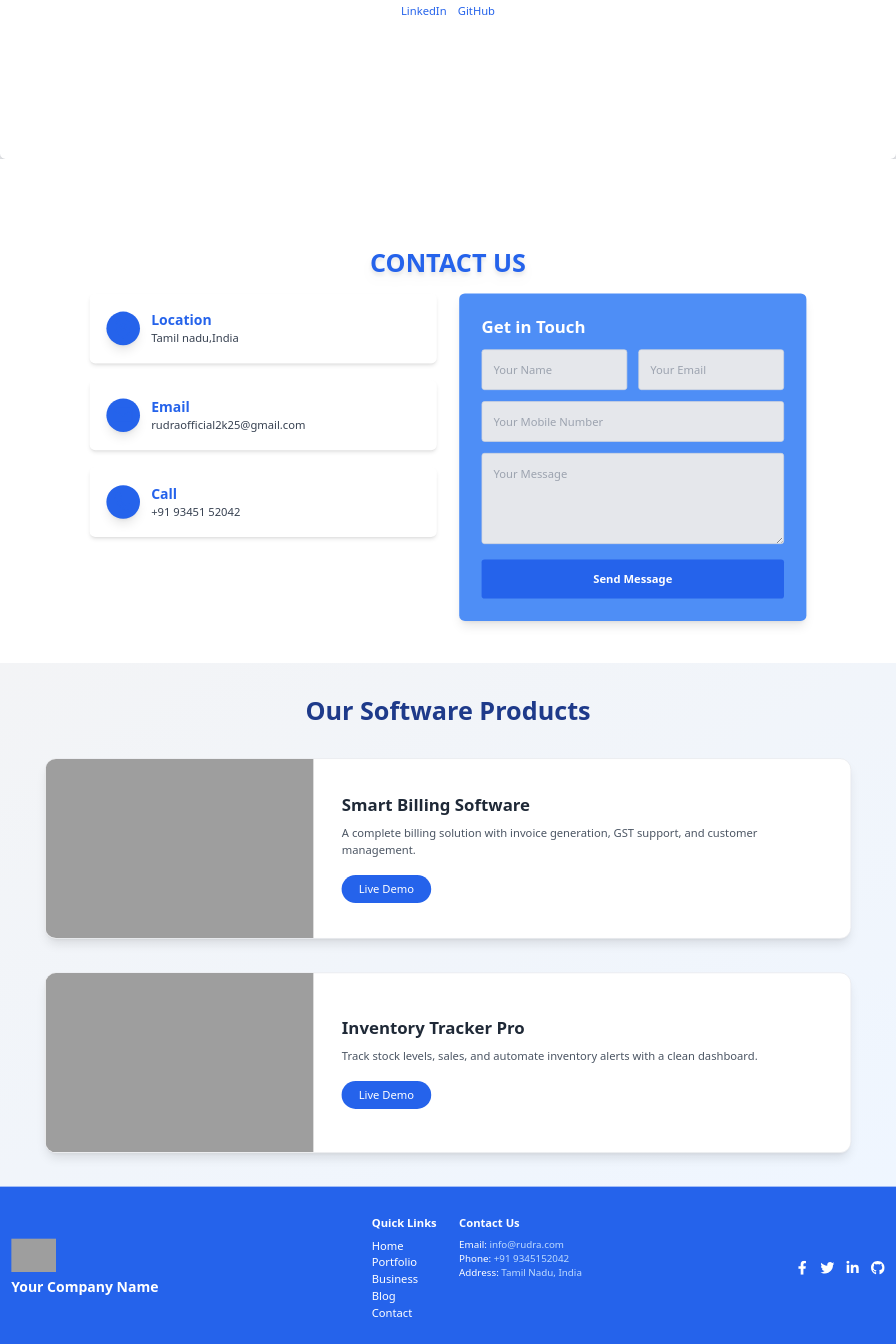
Repository: Rudra-Eswaran/Rudra_Official
Page: /
An editor plug-in stored every save of this project. The page is shown before and after a run of saves, followed by the edit.
The browser window is 1280 px wide. The pictures show the part of the page from y = 1293 to 3213 px (the page is 3272 px tall), at 70% of full size.
Pictures or frames that could not be fetched are drawn as grey boxes. Some web libraries are served in a nearby version. The project was rebuilt for these pictures with package versions that can differ from the ones it lists, and the page was loaded fresh each time. Also part of the build but not shown: vite.config.js.

Above is the page before, as saved 2025-04-16 20:14:29.

After the next 2 saves:
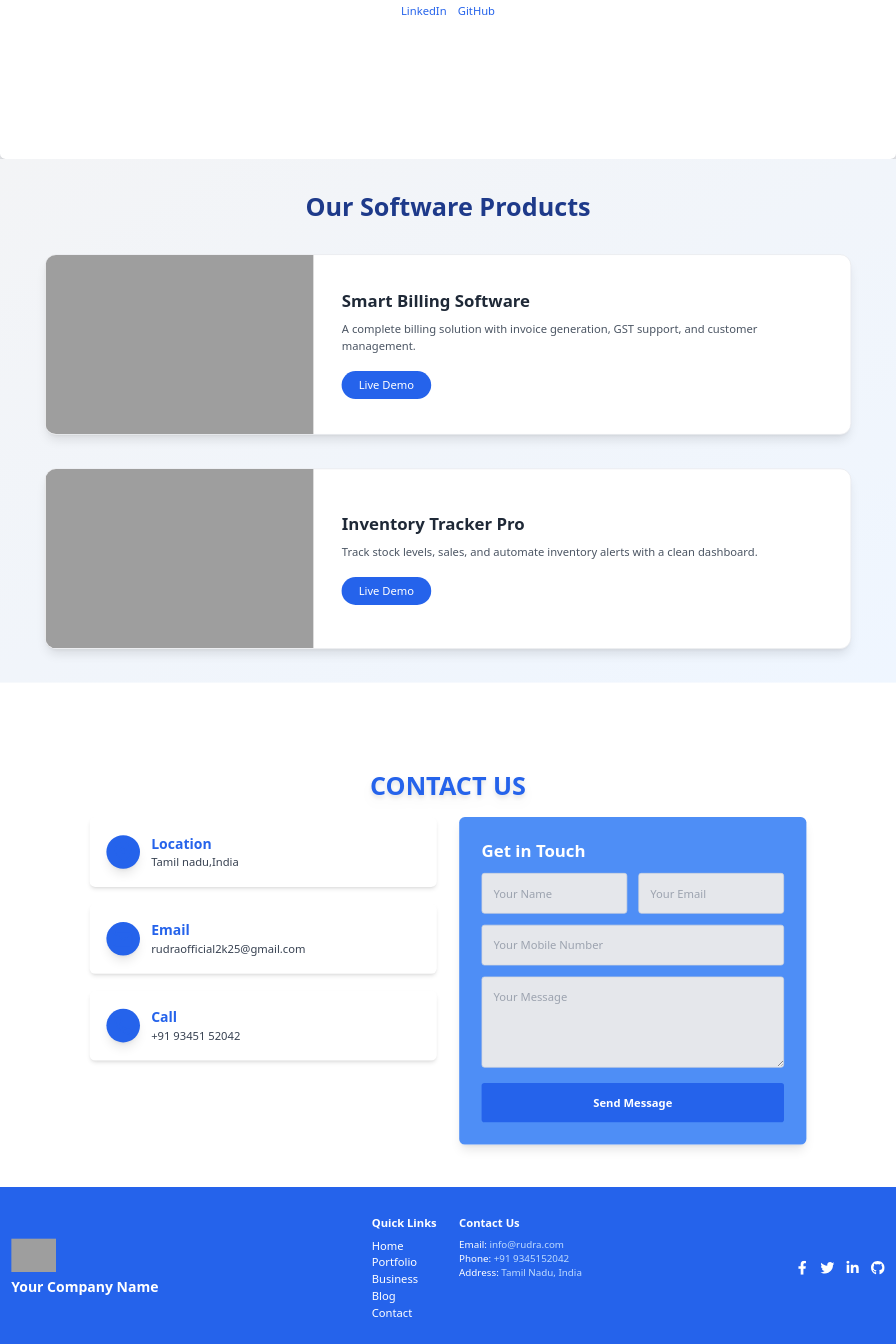
The 2 saves are shown as one change because they came seconds apart.
The last was saved 87 s later.
--- a/src/App.jsx
+++ b/src/App.jsx
@@ -15,8 +15,8 @@ export default function App() {
 
         <Home/>
         <Rudrans />
+        <Products/>
         <Contact />
-        <Products/>
       </div>
 
       {/* Footer will be at the bottom */}
